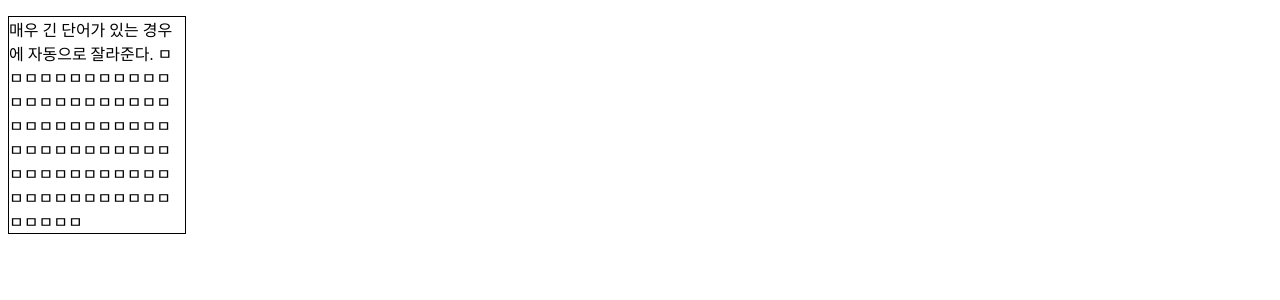
Repository: daehyeonhong/HTML
Page: ch04/WebContent/css/word-wrapping.html
The author's editor kept a copy of each file at every save. The page is drawn from the files as they stood at one save, then again after the next save.
The browser window is 1280 px wide. The pictures show the whole page.

Above is the page before, as saved 2020-05-19 06:17:53.

After the next save:
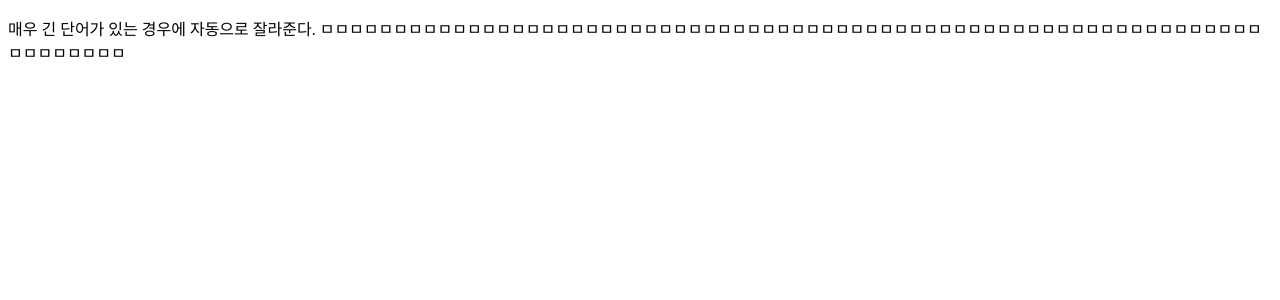
Saved 22 s later.
--- a/ch04/WebContent/css/word-wrapping.html
+++ b/ch04/WebContent/css/word-wrapping.html
@@ -12,7 +12,7 @@
 </style>
 </head>
 <body>
-	<p class="test">매우 긴 단어가 있는 경우에 자동으로 잘라준다.
+	<p>매우 긴 단어가 있는 경우에 자동으로 잘라준다.
 		ㅁㅁㅁㅁㅁㅁㅁㅁㅁㅁㅁㅁㅁㅁㅁㅁㅁㅁㅁㅁㅁㅁㅁㅁㅁㅁㅁㅁㅁㅁㅁㅁㅁㅁㅁㅁㅁㅁㅁㅁㅁㅁㅁㅁㅁㅁㅁㅁㅁㅁㅁㅁㅁㅁㅁㅁㅁㅁㅁㅁㅁㅁㅁㅁㅁㅁㅁㅁㅁㅁㅁㅁ</p>
 </body>
 </html>

After the save that followed:
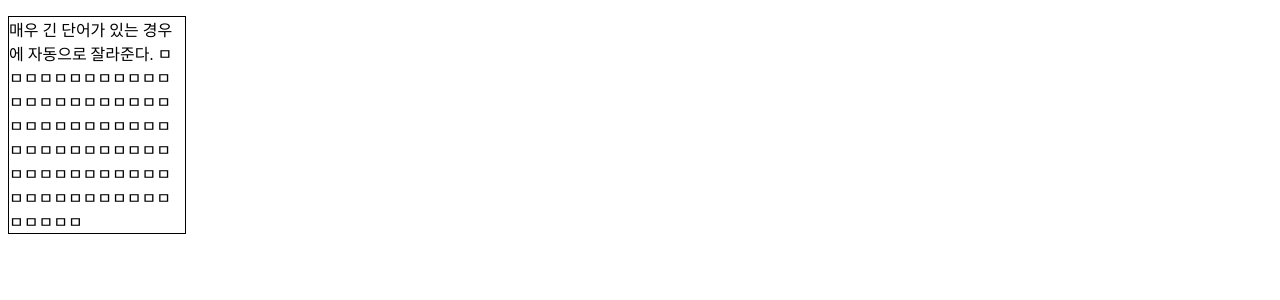
Saved 10 s later.
--- a/ch04/WebContent/css/word-wrapping.html
+++ b/ch04/WebContent/css/word-wrapping.html
@@ -12,7 +12,7 @@
 </style>
 </head>
 <body>
-	<p>매우 긴 단어가 있는 경우에 자동으로 잘라준다.
+	<p class="test">매우 긴 단어가 있는 경우에 자동으로 잘라준다.
 		ㅁㅁㅁㅁㅁㅁㅁㅁㅁㅁㅁㅁㅁㅁㅁㅁㅁㅁㅁㅁㅁㅁㅁㅁㅁㅁㅁㅁㅁㅁㅁㅁㅁㅁㅁㅁㅁㅁㅁㅁㅁㅁㅁㅁㅁㅁㅁㅁㅁㅁㅁㅁㅁㅁㅁㅁㅁㅁㅁㅁㅁㅁㅁㅁㅁㅁㅁㅁㅁㅁㅁㅁ</p>
 </body>
 </html>
